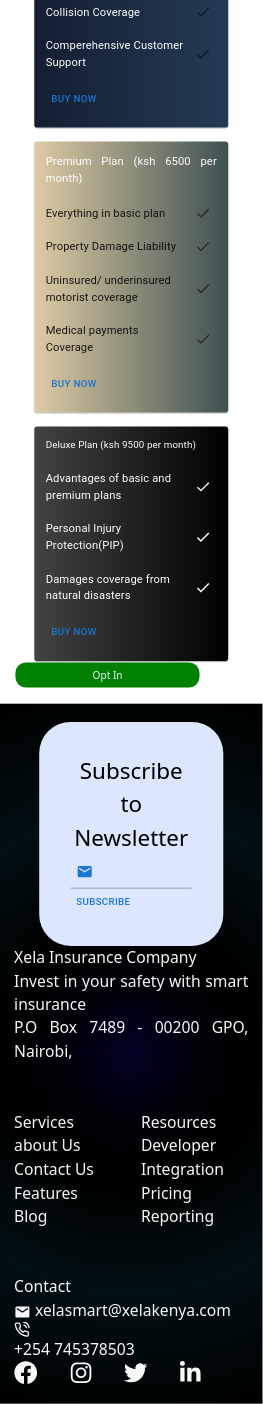
Repository: ALVIN-OBONYO/Xela-smart_insuarance
Page: / (app in frontend/)
An editor plug-in stored every save of this project. The page is shown before and after the next save, followed by the edit.
The browser window is 375 px wide. The pictures show the part of the page from y = 816 to 3056 px (the page is 2821 px tall before and 3056 px after), at 70% of full size.
The project was rebuilt for these pictures with package versions that can differ from the ones it lists, and the page was loaded fresh each time. Also part of the build but not shown: frontend/src/Pages/Policies.jsx, frontend/src/Components/Calendar.css, frontend/src/Components/Calendar.jsx, frontend/src/Components/Input.js, frontend/src/Components/Upload.css, frontend/src/Components/Upload.js, frontend/src/Pages/ReportForm.jsx, frontend/src/Pages/Report.jsx and 2 more.

Above is the page before, as saved 2022-10-04 08:39:30.

After the next save:
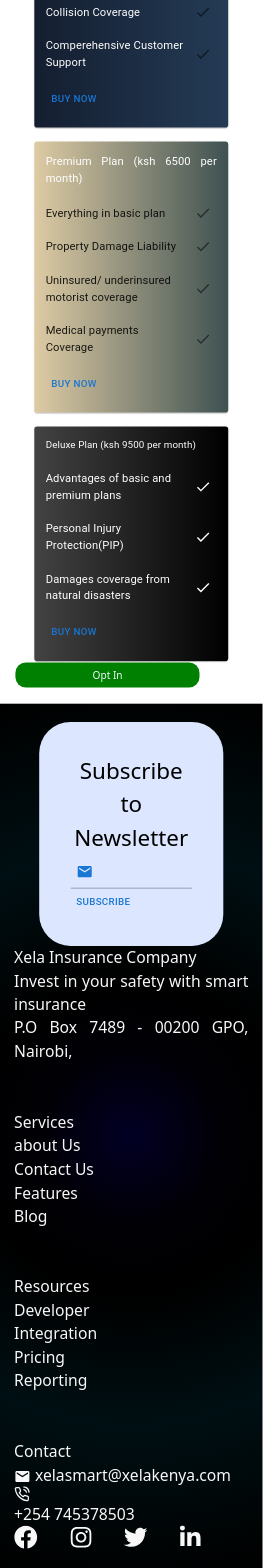
Saved 41 s later.
--- a/frontend/src/Components/Navbar.css
+++ b/frontend/src/Components/Navbar.css
@@ -156,6 +156,10 @@ input[type=text] {
       display: none;
    }
 
+   .footer-service {
+    flex-direction: column;
+
+   }
 
 }
 
